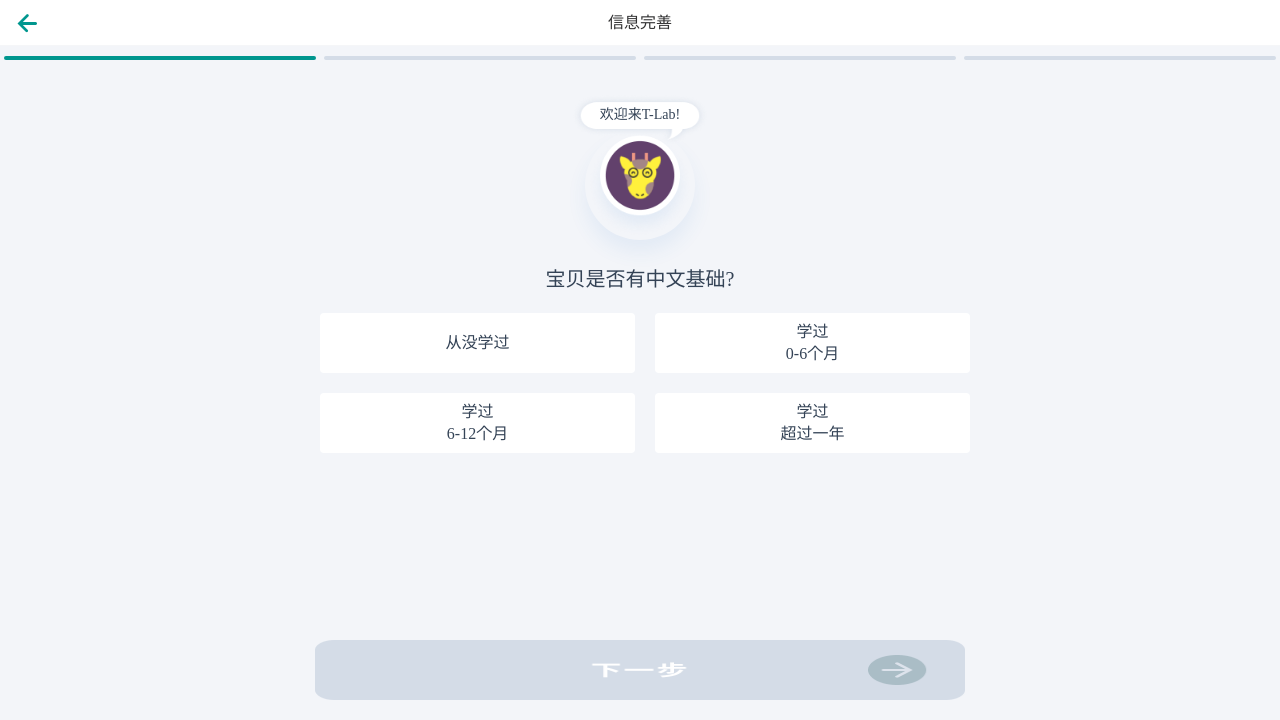
Repository: huangjf1/1
Page: /
The author's editor kept a copy of each file at every save. The page is drawn from the files as they stood at one save, then again after the next save.
The browser window is 1280 px wide. The pictures show the whole page.
The project was rebuilt for these pictures with package versions that can differ from the ones it lists, and the page was loaded fresh each time. Also part of the build but not shown: vue.config.js.

Above is the page before, as saved 2021-08-24 12:27:44.

After the next save:
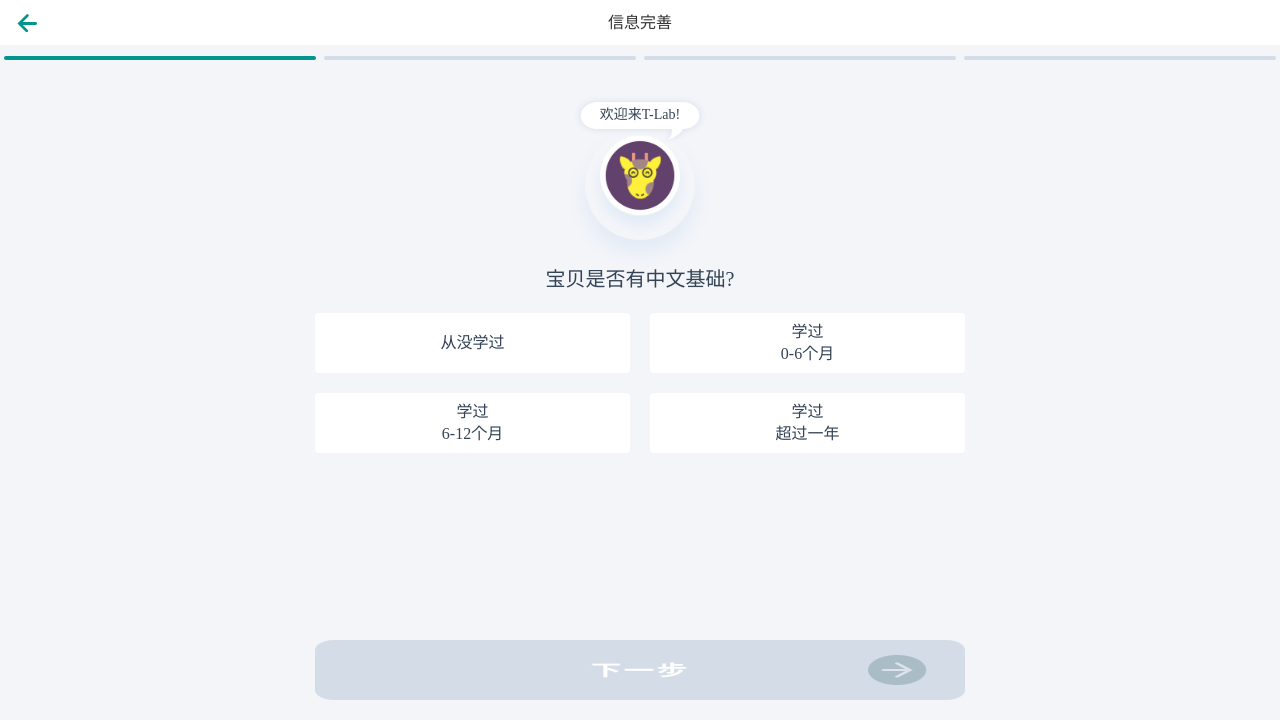
Saved 53 s later.
--- a/src/views/index.vue
+++ b/src/views/index.vue
@@ -408,7 +408,7 @@ export default {
             width: calc(50% - 20px);
             height: 60px;
             display: flex;
-            margin-left: 10px;
+            margin:0 5px;
             flex-direction: column;
             align-items: center;
             background: white;
